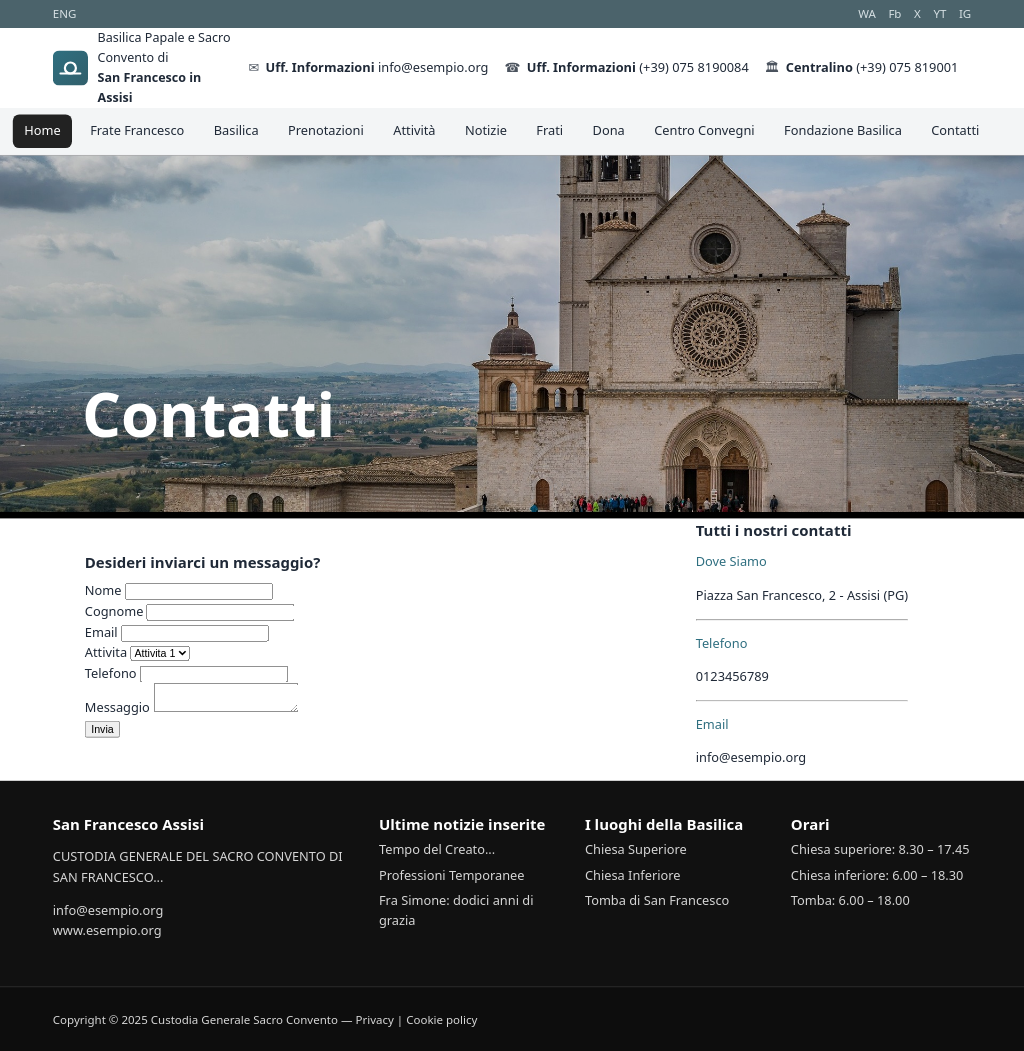
Repository: leacappello/basilica-platform-project
Page: pages/contatti.html
These files come from the project's save history. The page is drawn as it stood at one moment and after the next save; the edit follows.
The browser window is 1280 px wide. The pictures show the whole page, at 80% of full size.

Above is the page before, as saved 2025-09-17 09:44:50.
Console error (its wording comes from the project's code and is left out).

### pages/contatti.html
<!DOCTYPE html>
<html lang="it" class="no-js">

<head>
    <meta charset="utf-8" />
    <meta name="viewport" content="width=device-width, initial-scale=1" />
    <meta name="description"
        content="Basilica — Portale gemello (look & feel dimostrativo, contenuti e immagini originali)">
    <title>Basilica — Progetto gemello</title>

    <!-- Foglio di stile principale -->
    <link rel="stylesheet" href="../assets/styles.css" />

    <!-- Se JS è attivo, rimuoviamo la classe .no-js (utile per fallback menu) -->
    <script>document.documentElement.classList.remove('no-js');</script>
</head>

<body>

    <!-- ======================================================================
       TOPBAR: lingua + social (banda superiore sottile)
       ====================================================================== -->
    <div class="topbar">
        <div class="container topbar__inner">
            <div class="topbar__lang">
                <a href="#" aria-label="Versione in inglese">ENG</a>
            </div>
            <div class="topbar__social" aria-label="Social">
                <a href="#" aria-label="WhatsApp" title="WhatsApp">WA</a>
                <a href="#" aria-label="Facebook" title="Facebook">Fb</a>
                <a href="#" aria-label="X" title="X">X</a>
                <a href="#" aria-label="YouTube" title="YouTube">YT</a>
                <a href="#" aria-label="Instagram" title="Instagram">IG</a>
            </div>
        </div>
    </div>

    <!-- ======================================================================
       HEADER (masthead): logo + contatti rapidi + hamburger mobile
       Sticky con nav principale subito sotto
       ====================================================================== -->
    <header class="masthead">
        <div class="container masthead__inner">
            <!-- BRAND: logo + denominazione (il logo è decorativo; il nome è testuale) -->
            <a class="brand" href="#home" aria-label="Vai alla Home">
                <img src="images/logo.svg" alt="" class="brand__logo" aria-hidden="true" />
                <span class="brand__name">
                    Basilica Papale e Sacro Convento di<br />
                    <strong>San Francesco in Assisi</strong>
                </span>
            </a>

            <!-- CONTATTI RAPIDI: tre blocchi -->
            <ul class="masthead__contacts" aria-label="Contatti rapidi">
                <li>
                    <span class="ic" aria-hidden="true">✉</span>
                    <div>
                        <strong>Uff. Informazioni</strong>
                        <a href="mailto:info@esempio.org">info@esempio.org</a>
                    </div>
                </li>
                <li>
                    <span class="ic" aria-hidden="true">☎</span>
                    <div>
                        <strong>Uff. Informazioni</strong>
                        <a href="tel:+390758190084">(+39) 075 8190084</a>
                    </div>
                </li>
                <li>
                    <span class="ic" aria-hidden="true">🏛</span>
                    <div>
                        <strong>Centralino</strong>
                        <a href="tel:+39075819001">(+39) 075 819001</a>
                    </div>
                </li>
            </ul>

            <!-- HAMBURGER per mobile -->
            <button id="menu-button" class="menu-button" aria-controls="primary-nav" aria-expanded="false">
                <span class="sr-only">Apri/chiudi menu</span>
                <span aria-hidden="true" class="menu-icon"></span>
            </button>
        </div>

        <!-- NAV PRINCIPALE (mega-nav semplificato con sottomenù a tendina) -->
        <nav id="primary-nav" class="nav" aria-label="Navigazione principale">
            <ul class="nav__root">
                <li class="is-active"><a href="#home">Home</a></li>

                <li class="has-sub">
                    <a href="#frate">Frate Francesco</a>
                    <ul class="nav__sub">
                        <li><a href="#">Storia di un santo</a></li>
                        <li><a href="#">Scritti</a></li>
                    </ul>
                </li>

                <li class="has-sub">
                    <a href="#basilica">Basilica</a>
                    <ul class="nav__sub">
                        <li><a href="#">Chiesa superiore</a></li>
                        <li><a href="#">Chiesa inferiore</a></li>
                        <li><a href="#">Cripta</a></li>
                    </ul>
                </li>

                <li class="has-sub">
                    <a href="#prenotazioni">Prenotazioni</a>
                    <ul class="nav__sub">
                        <li><a href="#">Visite individuali</a></li>
                        <li><a href="#">Gruppi</a></li>
                    </ul>
                </li>

                <li class="has-sub">
                    <a href="#attivita">Attività</a>
                    <ul class="nav__sub">
                        <li><a href="#">Pastorale</a></li>
                        <li><a href="#">Cultura</a></li>
                    </ul>
                </li>

                <li><a href="#notizie">Notizie</a></li>

                <li class="has-sub">
                    <a href="#frati">Frati</a>
                    <ul class="nav__sub">
                        <li><a href="#">Comunità</a></li>
                    </ul>
                </li>

                <li class="has-sub">
                    <a href="#dona">Dona</a>
                    <ul class="nav__sub">
                        <li><a href="#">Come donare</a></li>
                    </ul>
                </li>

                <li><a href="#centro">Centro Convegni</a></li>
                <li><a href="#fondazione">Fondazione Basilica</a></li>
                <li><a href="#contatti">Contatti</a></li>
            </ul>
        </nav>
    </header>

    <!-- ======================================================================
       HERO: slider immagini + titolo
       ====================================================================== -->
    <div class="main-content">

        <section id="home" class="hero" aria-label="Sezione introduttiva">
            <div class="hero__slides">
                <figure class="hero__slide is-active">
                    <img src="../images/hero-1.jpg" alt="Affreschi della Basilica" loading="eager">
                    <figcaption>
                        <h1>Contatti <span class="accent">
                            </span></h1>
                    </figcaption>
                </figure>
            </div>
        </section>
       <!-- sezione contatti -->
        <section>
            <div class="container">
                <div class="container-col">
                    <!-- form contaatti -->
                    <div class="container-form">
                        <h3>Desideri inviarci un messaggio?</h3>
                        <form>
                            <!-- nome -->
                            <div>
                                <label for="nome">Nome</label>
                                <input type="text" id="nome" name="nome">
                            </div>
                            <!-- cognome -->
                            <div>
                                <label for="cognome">Cognome</label>
                                <input type="text" id="cognome" name="cognome">
                            </div>
                            <!-- email -->
                                                        <div>
                                <label for="email">Email</label>
                                <input type="email" id="email" name="email">
                            </div>
                            <!-- select con attività -->
                            <div>
                                <label for="attivita">Attivita</label>
                                <select id="attivita" name="attivita">
                                    <option value="attivita1">Attivita 1</option>
                                    <option value="attivita2">Attivita 2</option>
                                    <option value="attivita3">Attivita 3</option>
                                </select>
                            </div>
                            <!-- telefono -->
                            <div>
                                <label for="telefono">Telefono</label>
                                <input type="tel" id="telefono" name="telefono">
                            </div>
                            <div>
                                <label for="messaggio">Messaggio</label>
                                <textarea id="messaggio" name="messaggio"></textarea>
                            </div>

                            <button type="submit">Invia</button>
                        </form>
                    </div>
                    <!-- informazioni varie -->
                    <div class="container-info">
                        <h3>Tutti i nostri contatti</h3>
                        <p class="accent">Dove Siamo</p>
                        <p>Piazza San Francesco, 2 - Assisi (PG)</p>
                        <hr>
                        <p class="accent">Telefono</p>
                        <p>0123456789</p>
                        <hr>
                        <p class="accent">Email</p>
                        <p>info@esempio.org</p>
                    </div>
                </div>
            </div>
        </section>
       <!-- sezione contatti -->
    </div>


    <!-- ======================================================================
       FOOTER “mega”: 4 colonne + riga legale con anno dinamico
       ====================================================================== -->
    <footer class="site-footer" role="contentinfo">
        <div class="container footer__grid">
            <section>
                <h3 class="footer__title">San Francesco Assisi</h3>
                <p>CUSTODIA GENERALE DEL SACRO CONVENTO DI SAN FRANCESCO...</p>
                <p>
                    <a href="mailto:info@esempio.org">info@esempio.org</a><br>
                    <a href="https://www.esempio.org">www.esempio.org</a>
                </p>
            </section>

            <section>
                <h3 class="footer__title">Ultime notizie inserite</h3>
                <ul class="footer__list">
                    <li><a href="#">Tempo del Creato...</a></li>
                    <li><a href="#">Professioni Temporanee</a></li>
                    <li><a href="#">Fra Simone: dodici anni di grazia</a></li>
                </ul>
            </section>

            <section>
                <h3 class="footer__title">I luoghi della Basilica</h3>
                <ul class="footer__list">
                    <li><a href="#">Chiesa Superiore</a></li>
                    <li><a href="#">Chiesa Inferiore</a></li>
                    <li><a href="#">Tomba di San Francesco</a></li>
                </ul>
            </section>

            <section>
                <h3 class="footer__title">Orari</h3>
                <ul class="footer__list">
                    <li>Chiesa superiore: 8.30 – 17.45</li>
                    <li>Chiesa inferiore: 6.00 – 18.30</li>
                    <li>Tomba: 6.00 – 18.00</li>
                </ul>
            </section>
        </div>

        <div class="footer__legal">
            <div class="container">
                <p>Copyright © <span id="year"></span> Custodia Generale Sacro Convento — <a href="#">Privacy</a> | <a
                        href="#">Cookie policy</a></p>
            </div>
        </div>
    </footer>

    <!-- Script frontend: toggle menu, slider, evidenziazione link, anno -->
    <script src="../assets/script.js"></script>
</body>

</html>

### assets/styles.css
/* ==========================================================================
   STILE PRINCIPALE — Basilica Twin (frontend fedele, leggero, accessibile)
   - Palette teal/slate ispirata
   - Layout con Grid/Flex, breakpoint tablet/mobile
   - Componenti: topbar, masthead, nav con sottomenù, hero+cards, eventi,
                 cards notizie, stats overlay, footer mega
   ========================================================================== */

/* ============== Token / Reset ============== */
:root{
  --bg:#ffffff; --fg:#1f2937; --muted:#6b7280;
  --brand:#3b5961;
  --brand-700:#2f474e;
  --accent:#315f6b;
  --surface:#f5f7f9;
  --border:#e5e7eb;

  --container:1180px;
  --radius:12px;
  --shadow:0 8px 24px rgba(0,0,0,.12);

  --space-2:.5rem; --space-3:.75rem; --space-4:1rem;
  --space-6:1.5rem; --space-8:2rem; --space-10:2.5rem;

  --fs-sm:.9rem; --fs-base:1rem; --fs-lg:1.125rem;
  --fs-xl:1.5rem; --fs-2xl:2rem; --lh:1.6;

  --header-h:64px;
}

*{box-sizing:border-box}
html,body{margin:0}
body{
  font:400 var(--fs-base)/var(--lh) ui-sans-serif,system-ui,-apple-system,"Segoe UI",Roboto,Arial;
  color:var(--fg); background:var(--bg);
}
h1,h2,h3{margin:.25rem 0 var(--space-3); line-height:1.2}
h1{font-size:clamp(2rem,5vw,3rem)}
h2{font-size:clamp(1.5rem,3.5vw,2.25rem)}
a{color:inherit; text-decoration:none}
a:hover{text-decoration:underline}
.muted{color:var(--muted)}
.accent{color:#2f6f80}

.container{max-width:var(--container);margin-inline:auto;padding-inline:var(--space-4)}
.section{padding-block:var(--space-10)}
.sr-only{position:absolute;width:1px;height:1px;overflow:hidden;clip:rect(0,0,0,0);white-space:nowrap}

/* ============== Topbar ============== */
.topbar{background:#4b636b;color:#e6eef1;font-size:var(--fs-sm)}
.topbar__inner{display:flex;justify-content:space-between;align-items:center;padding-block:6px}
.topbar a{color:#e6eef1;opacity:.9}
.topbar a:hover{opacity:1}
.topbar__social a{margin-left:12px}

/* ============== Masthead (logo+contatti+hamburger) ============== */
.masthead{background:#fff;border-bottom:1px solid var(--border);position:sticky;top:0;z-index:30}
.masthead__inner{
  display:grid;grid-template-columns:1fr auto auto;gap:1rem;align-items:center;min-height:var(--header-h)
}
.brand{display:flex;align-items:center;gap:.75rem;text-decoration:none}
.brand__logo{width:44px;height:44px;object-fit:contain}
.brand__name{font-size:.98rem}
.masthead__contacts{list-style:none;display:flex;gap:1.25rem;margin:0;padding:0}
.masthead__contacts li{display:flex;gap:.5rem;align-items:center}
.ic{font-style:normal;opacity:.8}

/* Hamburger (mobile only) */
.menu-button{display:none;background:transparent;border:0;cursor:pointer}
.menu-icon{width:24px;height:2px;background:var(--fg);display:inline-block;position:relative}
.menu-icon::before,.menu-icon::after{content:"";position:absolute;left:0;width:24px;height:2px;background:var(--fg)}
.menu-icon::before{top:-6px}.menu-icon::after{top:6px}

/* ============== Nav (root + submenu) ============== */
.nav{background:#f3f5f6}
.nav__root{display:flex;gap:.5rem;list-style:none;margin:0;padding:.5rem var(--space-4)}
.nav__root>li>a{display:block;padding:.5rem .9rem;border-radius:8px}
.nav__root>li.is-active>a{background:#222;color:#fff}
.nav a[aria-current="page"]{background:#222;color:#fff;border-radius:8px}

/* Sottomenù desktop (hover) */
.has-sub{position:relative}
.has-sub>.nav__sub{
  display:none;position:absolute;left:0;top:calc(100% + 6px);
  min-width:240px;background:#fff;border:1px solid var(--border);
  border-radius:10px;box-shadow:var(--shadow);padding:.5rem
}
.has-sub:hover>.nav__sub{display:block}
.nav__sub{list-style:none;margin:0}
.nav__sub a{display:block;padding:.5rem .75rem;border-radius:6px}
.nav__sub a:hover{background:#f7f7f9}

/* ============== Hero (slider + overlay cards) ============== */
.hero{position:relative;background:#000;color:#fff}
.hero__slides{position:relative;overflow:hidden}
.hero__slide{display:none;margin:0}
.hero__slide.is-active{display:block}
.hero__slide img{width:100%;height:62vh;min-height:420px;object-fit:cover;opacity:.9}
.hero__slide figcaption{position:absolute;left:8%;bottom:16%;max-width:700px}
.hero__slide h1{font-size:clamp(2.5rem,6vw,5rem);font-weight:600}
.pill{
  display:inline-block;margin-top:.75rem;padding:.45rem .9rem;
  background:rgba(255,255,255,.18);border-radius:999px;color:#e9f1f3;font-size:1.25rem
}

/* Controlli slider */
.hero__ctrl{
  position:absolute;top:50%;transform:translateY(-50%);
  background:rgba(0,0,0,.35);color:#fff;border:0;border-radius:999px;
  width:40px;height:40px;cursor:pointer
}
.hero__ctrl.prev{left:14px}
.hero__ctrl.next{right:14px}

/* Overlay 4 card */
.hero__overlay{position:relative}
.hero__cards{
  display:grid;grid-template-columns:repeat(4,1fr);gap:1rem;margin-top:-70px
}
.card{
  background:#526e76;color:#ecf1f3;padding:1.1rem;border-radius:14px;box-shadow:var(--shadow)
}
.card h3{margin:.1rem 0 .35rem}
.card .btn{margin-top:.5rem}

/* ============== Buttons ============== */
.btn{
  display:inline-block;font-weight:600;border:0;border-radius:10px;
  padding:.65rem 1rem;cursor:pointer;text-decoration:none
}
.btn--primary{background:var(--brand);color:#fff}
.btn--primary:hover{background:var(--brand-700)}
.btn--ghost{background:transparent;color:#fff;border:1px solid rgba(255,255,255,.7)}
.btn--ghost:hover{background:rgba(255,255,255,.12)}

/* ============== Eventi a 2 colonne ============== */
.grid-2{display:grid;grid-template-columns:2fr 1.2fr;gap:2rem}
.eyebrow{color:var(--muted);letter-spacing:.06em;text-transform:uppercase;font-size:.85rem}
.media img{width:100%;border-radius:12px}

.events{list-style:none;margin:0;padding:0;display:grid;gap:1rem}
.events li{
  display:grid;grid-template-columns:70px 1fr;gap:1rem;align-items:start;
  border-bottom:1px solid var(--border);padding-bottom:1rem
}
.date{
  width:70px;background:#315f6b;color:#fff;border-radius:8px;
  display:grid;place-items:center;padding:.35rem 0
}
.date span{font-size:1.4rem;font-weight:700;line-height:1}
.date small{opacity:.8}

/* ============== Cards 3 (notizie/progetti) ============== */
.cards-3{display:grid;grid-template-columns:repeat(3,1fr);gap:1.2rem}
.post{
  background:#fff;border:1px solid var(--border);border-radius:12px;
  overflow:hidden;display:flex;flex-direction:column
}
.post img{width:100%;aspect-ratio:16/9;object-fit:cover}
.post__body{padding:1rem;display:grid;gap:.5rem}
.badge{
  display:inline-flex;align-items:center;gap:.5rem;background:#e6eef1;
  border-radius:8px;padding:.25rem .5rem;color:#2f4f59;font-weight:700
}
.post__title{font-weight:700;text-decoration:none}
.readmore{font-weight:600;color:var(--accent);text-decoration:none}

/* ============== Stats (background con overlay scuro fisso) ============== */
.stats{
  background:url('../images/hero-1.jpg') center/cover no-repeat fixed;
  position:relative;color:#e9eef1
}
.stats::before{content:"";position:absolute;inset:0;background:rgba(22,32,41,.65)}
.stats__grid{
  position:relative;display:grid;grid-template-columns:repeat(4,1fr);
  gap:2rem;padding-block:3rem
}
.stats__grid .n{font-size:2.25rem;font-weight:800}

/* ============== Footer “mega” ============== */
.site-footer{background:#111;color:#d6d6d6}
.footer__grid{display:grid;grid-template-columns:2fr 1.2fr 1.2fr 1.2fr;gap:2rem;padding-block:2.5rem}
.footer__title{color:#fff;margin-bottom:.5rem}
.footer__list{list-style:none;margin:0;padding:0;display:grid;gap:.35rem}
.footer__legal{border-top:1px solid #333;background:#0d0d0d;font-size:.9rem}
.footer__legal .container{padding-block:.9rem}
.center{text-align:center}
.mt-4{margin-top:var(--space-4)}

/* ============== Responsive ============== */
@media (max-width: 1024px){
  .masthead__inner{grid-template-columns:1fr auto auto}
  .hero__cards{grid-template-columns:repeat(2,1fr);margin-top:-50px}
  .grid-2{grid-template-columns:1fr}
  .cards-3{grid-template-columns:1fr 1fr}
}
@media (max-width: 768px){
  .masthead__contacts{display:none}
  .menu-button{display:inline-block}
  .nav{display:none}
  .nav[data-open="true"]{display:block}
  .nav__root{flex-direction:column}
  .hero__cards{grid-template-columns:1fr;margin-top:-30px}
  .cards-3{grid-template-columns:1fr}
  .stats__grid{grid-template-columns:1fr 1fr}
}
@media (max-width: 480px){
  .stats__grid{grid-template-columns:1fr}
}

/* ============== No-JS fallback ============== */
.no-js .nav{display:block}

/* ============== Tabella Orari ============== */
.tabella-orari{
  width:100%;
  border-collapse:collapse;
}
.orari th,.orari td{
  padding:.5rem;
  border-bottom:1px solid var(--border);
  text-align: left;
}

.titolo-orari{
  margin-top: 30px; font-size: 1.5rem;
  margin-bottom:.5rem;
  border-bottom:1px solid var(--border);
  padding-bottom:.5rem
}
/* ============== Tabella Orari ============== */


/* ============== contatti ============== */
.container-col{
  display:flex;
}
.container-form{
  width: 70%;
  padding: var(--space-10);
}
.container-orari{
  width: 30%;
  padding: var(--space-10);
  border-left: 1px solid var(--border);
}
/* ============== contatti ============== */

Loaded but not shown: assets/script.js (113 lines, source omitted)

After the next save:
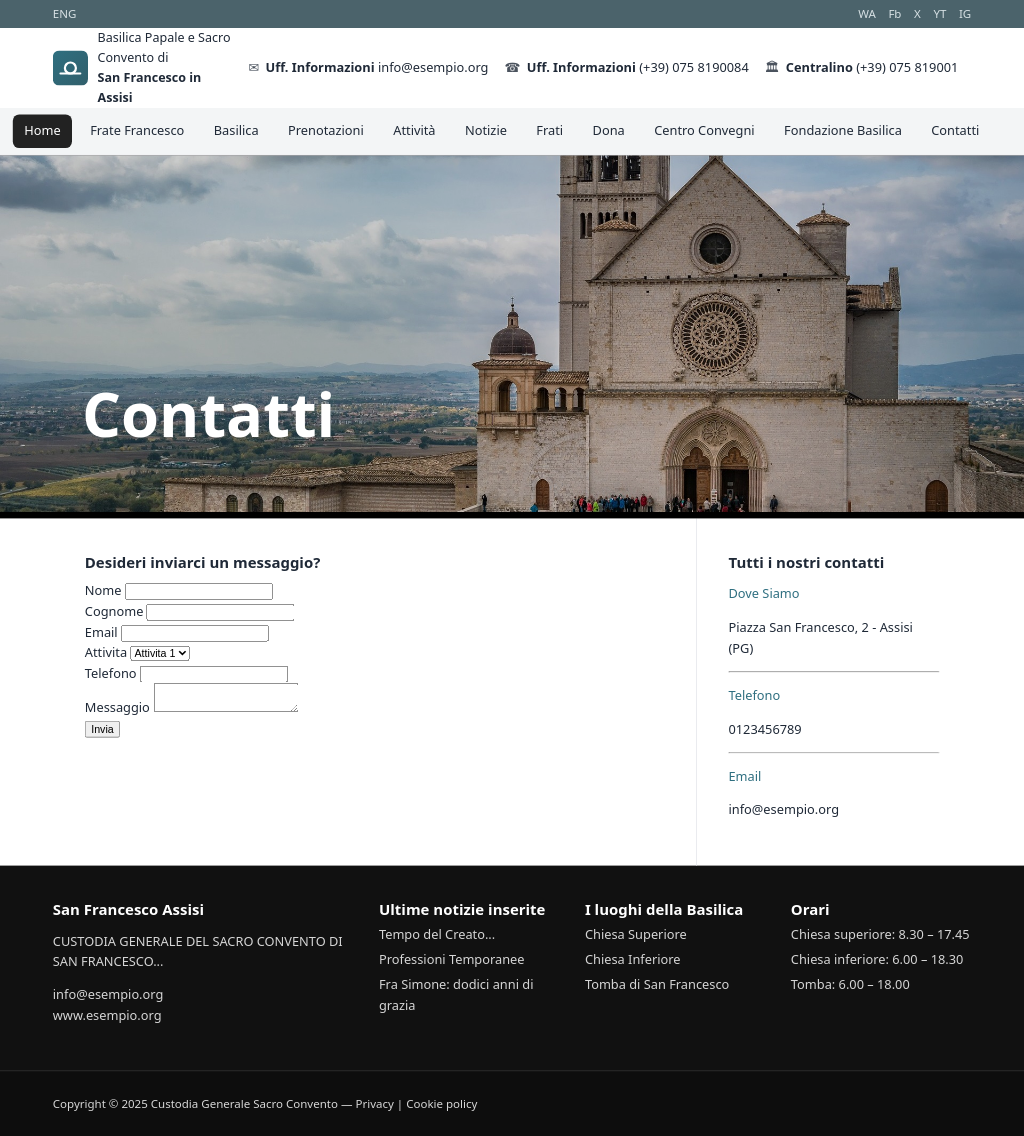
Saved 54 s later.
--- a/assets/styles.css
+++ b/assets/styles.css
@@ -239,7 +239,7 @@ a:hover{text-decoration:underline}
   width: 70%;
   padding: var(--space-10);
 }
-.container-orari{
+.container-info{
   width: 30%;
   padding: var(--space-10);
   border-left: 1px solid var(--border);
